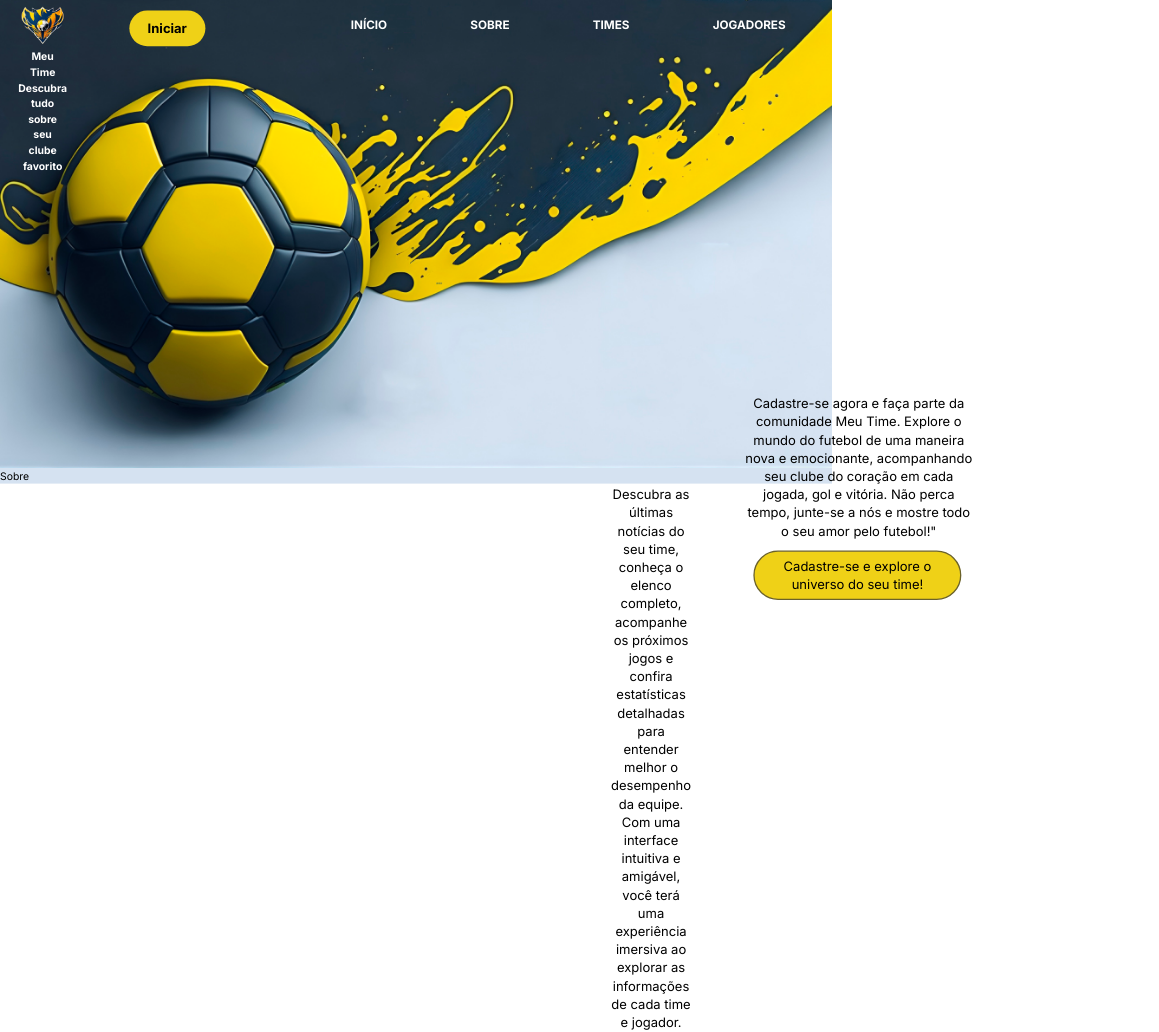
Repository: LuizAGDomingues/MeuTimeApp
Page: /
The author's editor kept a copy of each file at every save. The page is drawn from the files as they stood at one save, then again after a run of saves.
The browser window is 1280 px wide. The page is 1703 px wide, then 1783 px, so the pictures cover 1783 px, including what lies to the right of the window. The pictures show the whole page, at 65% of full size.
The project was rebuilt for these pictures with package versions that can differ from the ones it lists, and the page was loaded fresh each time. The framework's server and built-in components were replaced by stand-ins that run in the browser. Also part of the build but not shown: next.config.js.

Above is the page before, as saved 2023-05-22 14:04:30.

After the next 2 saves:
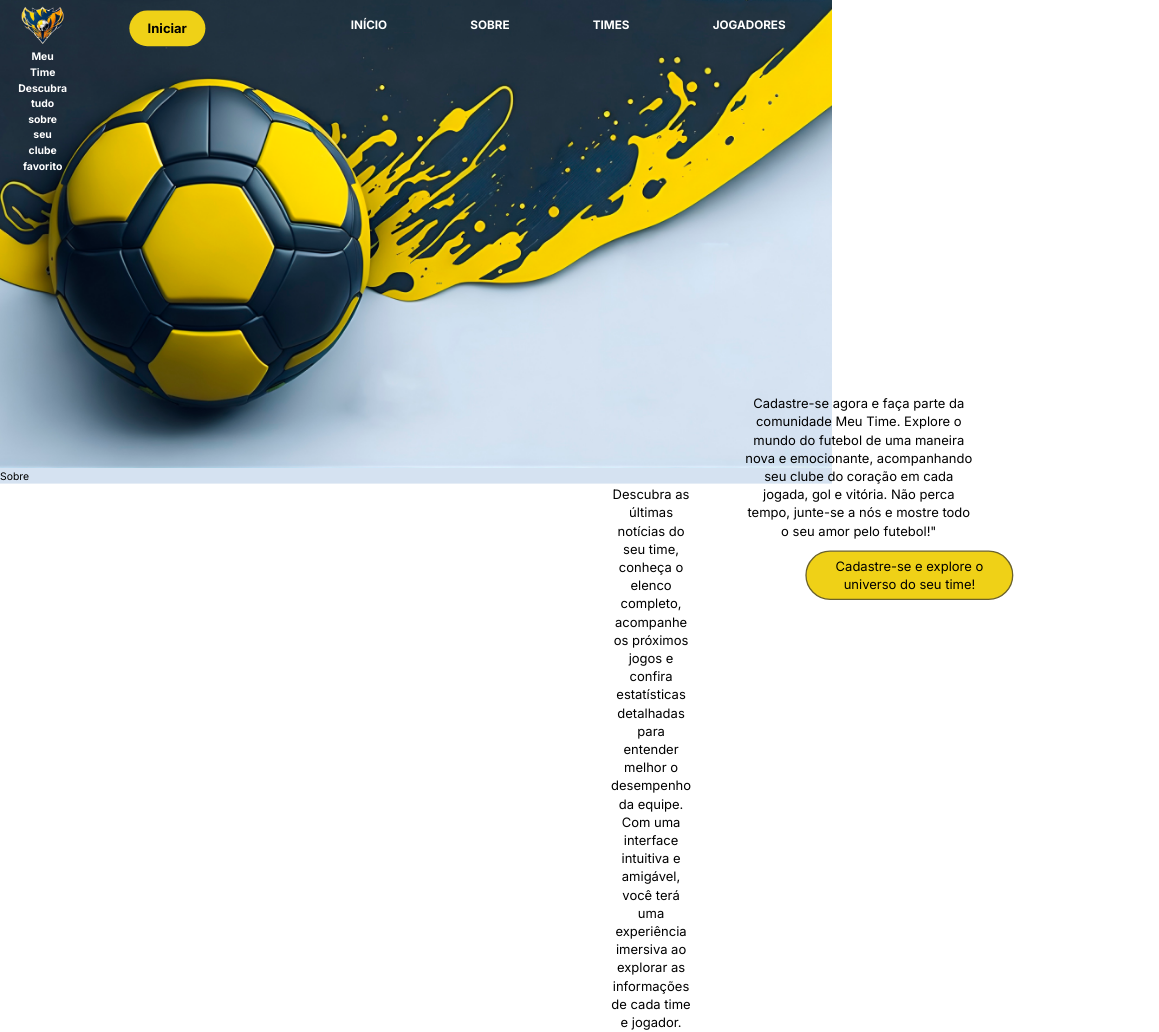
The 2 saves are shown as one change because they came seconds apart.
The last was saved 15 s later.
--- a/src/app/page.tsx
+++ b/src/app/page.tsx
@@ -8,8 +8,8 @@
         <Header />
         <div className="flex">
           <p className="text-xl text-center w-[410px] ml-[940px] mt-[480px]">Descubra as últimas notícias do seu time, conheça o elenco completo, acompanhe os próximos jogos e confira estatísticas detalhadas para entender melhor o desempenho da equipe. Com uma interface intuitiva e amigável, você terá uma experiência imersiva ao explorar as informações de cada time e jogador.</p>
-          <div className="flex flex-col">
-            <p className="text-xl text-center w-[356px] ml-20 mt-[340px]">Cadastre-se agora e faça parte da comunidade Meu Time. Explore o mundo do futebol de uma maneira nova e emocionante, acompanhando seu clube do coração em cada jogada, gol e vitória. Não perca tempo, junte-se a nós e mostre todo o seu amor pelo futebol!"</p>
+          <div className="flex flex-col ml-20 mt-[340px]">
+            <p className="text-xl text-center w-[356px]">Cadastre-se agora e faça parte da comunidade Meu Time. Explore o mundo do futebol de uma maneira nova e emocionante, acompanhando seu clube do coração em cada jogada, gol e vitória. Não perca tempo, junte-se a nós e mostre todo o seu amor pelo futebol!"</p>
             <LoginDialog text="Cadastre-se e explore o universo do seu time!" className="font-normal w-80 text-base border-2 border-[#6B622B]"/>
           </div>
         </div>
